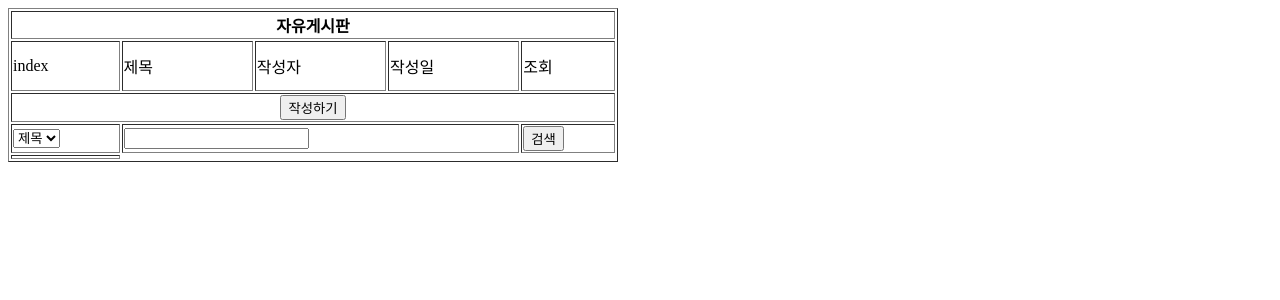
Repository: y2kim/workspace3
Page: http://localhost/WEB_MVC1_JSP_05_25/BorderList.jsp
These files come from the project's save history. The page is drawn as it stood at one moment and after the next save; the edit follows.
The browser window is 1280 px wide. The pictures show the whole page.
The page is served by Tomcat 9. Queries for data that is not in the repository find no rows.

Above is the page before, as saved 2018-06-04 09:41:00.

After the next save:
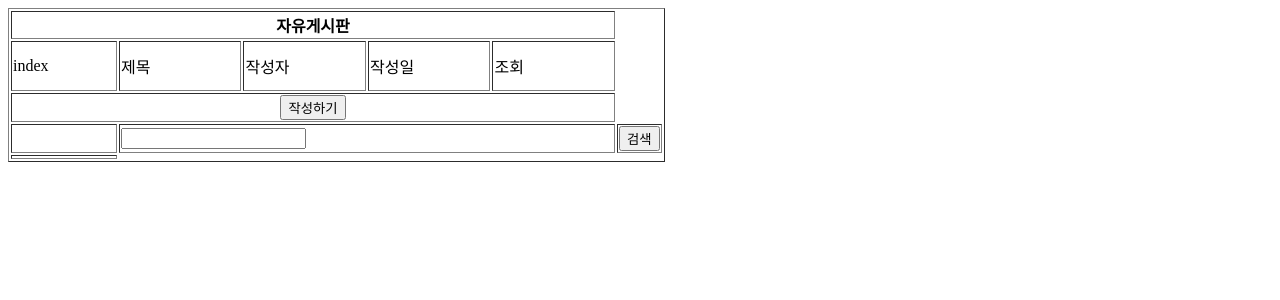
Saved 3 min 33 s later.
--- a/WEB_MVC1_JSP_05_25/WebContent/BorderList.jsp
+++ b/WEB_MVC1_JSP_05_25/WebContent/BorderList.jsp
@@ -66,11 +66,8 @@
             </td>
         </tr>
         <tr>
-        <td><select id="stype" name="stype">
-        <option value="title" selected="selected">제목</option>
-        <option value="writer">작가</option>
-        </select></td>
-        <td colspan="3"><input type="text" name="search" id="search"></td>
+        <td>
+        <td colspan="4"><input type="text" name="search" id="search"></td>
         <td><button type="button" id="search">검색</button></td>
         </tr>
         <tr><td style="align-content:center;" align="center"> <%=bdao.getPageNavi(currentpage)%> </td></tr>
@@ -83,7 +80,7 @@
       document.getElementById("search").onclick = function(){
     	  var subtext = document.getElementById("search").value;
     	  var target = document.getElementById("stype").value;
-          location.href="BoardSearhList.jsp?value="+target+"&text="+subtext;
+          location.href="BoardSearhList.jsp?text="+subtext;
        }
     </script>
 </body>
